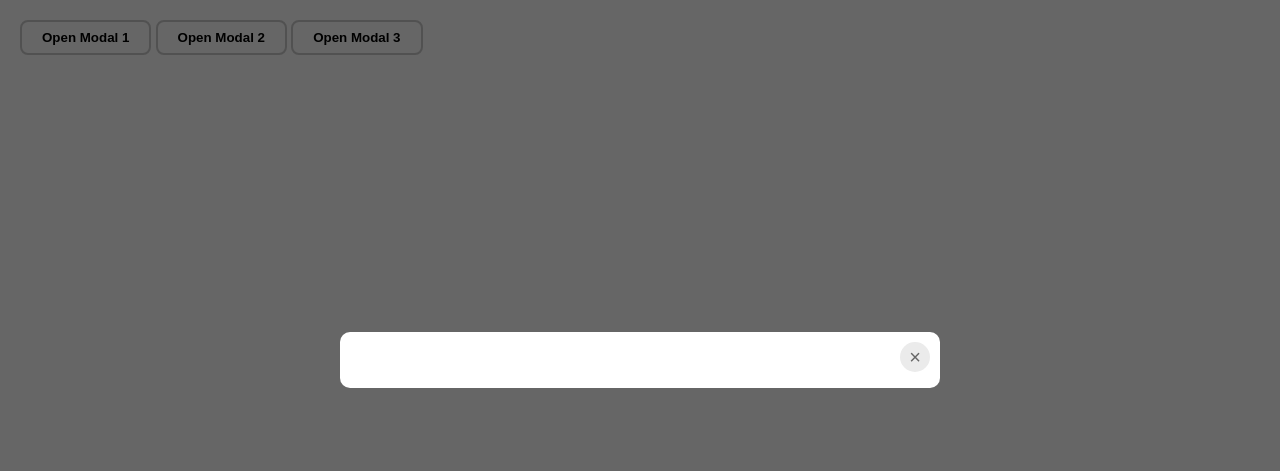
Repository: hoangan3526/Javascript-project
Page: index.html
The author's editor kept a copy of each file at every save. The page is drawn from the files as they stood at one save, then again after the next save.
The browser window is 1280 px wide. The pictures show the whole page.
After loading, the first visible `#open-modal-1` was clicked once.

Above is the page before, as saved 2026-04-11 20:16:59.

### index.html
<!DOCTYPE html>
<html lang="en">
    <head>
        <meta charset="UTF-8" />
        <meta name="viewport" content="width=device-width, initial-scale=1.0" />
        <title>Modal</title>
        <link rel="stylesheet" href="style.css" />
    </head>
    <body>
        <main>
            <button id="open-modal-1" class="btn">Open Modal 1</button>
            <button id ="open-modal-2" class="btn">Open Modal 2</button>
            <button id="open-modal-3" class="btn">Open Modal 3</button>
        </main>
        <template id ="modal-1">
            <h1>hello hoang an</h1>
            <p> Lorem ipsum dolor, sit amet consectetur adipisicing elit. Debitis vero consectetur quam at esse ipsum ut officia incidunt cum provident.</p>
        </template>
        <!-- Modal -->

        <script src="main.js"></script>
    </body>
</html>

### style.css
* {
    margin: 0;
    padding: 0;
    box-sizing: border-box;
}

html {
    font-size: 62.5%;
}

body {
    font-size: 1.6rem;
    font-family: system-ui, -apple-system, BlinkMacSystemFont, "Segoe UI",
        Roboto, Oxygen, Ubuntu, Cantarell, "Open Sans", "Helvetica Neue",
        sans-serif;
}
main {
    margin: 20px;
}

.btn {
    border: 2px solid #ccc;
    border-radius: 8px;
    padding: 8px 20px;
    font-weight: 600;
}
button {
    border: none;
    outline: none;
    background: transparent;
    cursor: pointer;
}

.modal-backdrop {
    position: fixed;
    inset: 0;
    display: flex;
    align-items: center;
    justify-content: center;
    background: rgba(0, 0, 0, 0.6);
    opacity: 0;
    visibility: hidden;
    transition: opacity, visibility;
    transition-duration: 0.3s;
}

.modal-backdrop.show {
    opacity: 1;
    visibility: visible;
}

.modal-backdrop.show .modal-container {
    transform: scale(1);
}

.modal-container {
    position: relative;
    width: min(600px, 90%);
    padding: 28px;
    border-radius: 10px;
    background: #fff;
    transform: scale(0);
    transition: transform 0.3s;
}

.modal-close {
    position: absolute;
    top: 10px;
    right: 10px;
    width: 30px;
    height: 30px;
    border-radius: 50%;
    color: #666;
    background: #ebebeb;
    font-size: 2rem;
}

.modal-close:hover {
    color: #333;
}

.modal-content {
    max-height: 80vh;
    overflow-y: auto;
}

### main.js
const $ = document.querySelector.bind(document);
const $$ = document.querySelectorAll.bind(document);


function Modal(){
    this.openModal = (options = {} ) =>{
        const {templateId} = options ;
        const template = $(`#${templateId}`);
        if (!template){
            console.error("loi");
            return;
        }
        const content = template.content.cloneNode();

        const backdrop = document.createElement('div');
        backdrop.className = 'modal-backdrop';

        const container = document.createElement('div');
        container.className = 'modal-container';

        const closeBtn = document.createElement('button');
        closeBtn.className= 'modal-close';
        closeBtn.innerHTML = "&times";

        const modalContent = document.createElement('div');
        modalContent.className= "modal-content";
        modalContent.append(content) ;
        container.append(closeBtn,modalContent);
        backdrop.append(container);
        document.body.append(backdrop);


        setTimeout(() => {
            backdrop.classList.add('show');
        }, 100);

        closeBtn.onclick = () =>this.closeModal(backdrop);
        backdrop.onclick =(e) =>{
            if (e.target === backdrop){
                this.closeModal(backdrop);
            }
        }

        document.addEventListener('keydown' , (e) => {
            if ( e.key === "Escape"){
                this.closeModal(backdrop);
            }
        });

    };
    this.closeModal = (element) =>{
        element.classList.remove('show');
           element.ontransitionend = () =>{
            element.remove();
           }
    }
}

const modal = new Modal();

$('#open-modal-1').onclick = () =>{
    modal.openModal({
        templateId : "modal-1",
    });
}

After the next save:
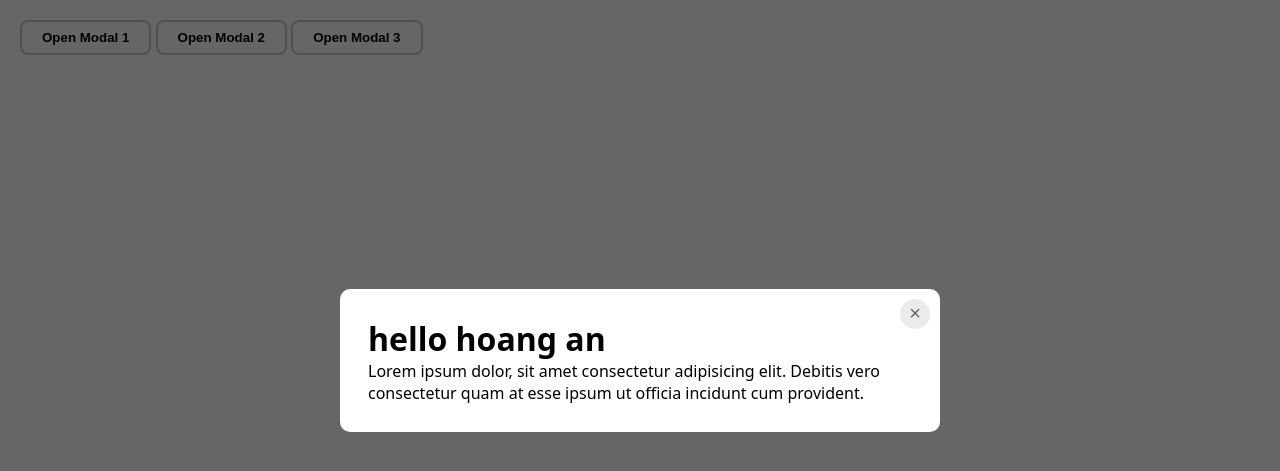
Saved 4 min 0 s later.
--- a/main.js
+++ b/main.js
@@ -10,7 +10,7 @@ function Modal(){
             console.error("loi");
             return;
         }
-        const content = template.content.cloneNode();
+        const content = template.content.cloneNode(true);
 
         const backdrop = document.createElement('div');
         backdrop.className = 'modal-backdrop';
